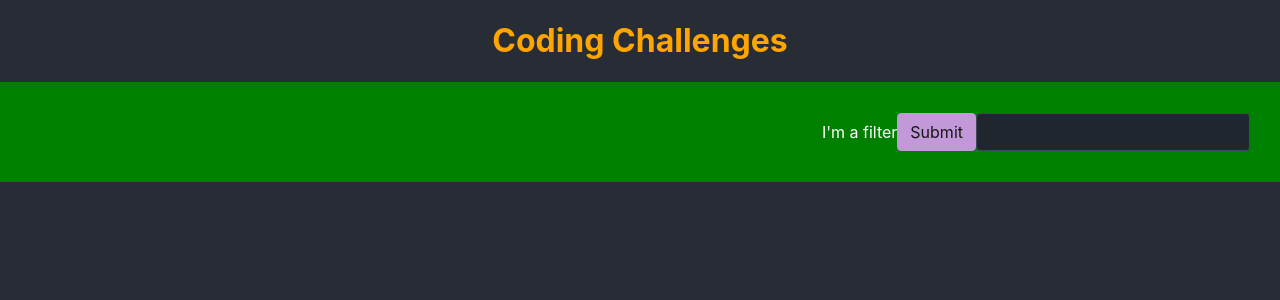
Repository: Valentina-Maraio/coding_challenges
Page: /
An editor plug-in stored every save of this project. The page is shown before and after the next save, followed by the edit.
The browser window is 1280 px wide. The pictures show the whole page.
The project was rebuilt for these pictures with package versions that can differ from the ones it lists, and the page was loaded fresh each time.

Above is the page before, as saved 2024-07-05 12:05:46.

### src/index.js
import React from 'react';
import ReactDOM from 'react-dom/client';
import './index.css';
import App from './App';
import reportWebVitals from './reportWebVitals';
import { PrimeReactProvider } from 'primereact/api';
import 'primeicons/primeicons.css';



const root = ReactDOM.createRoot(document.getElementById('root'));
root.render(
  <React.StrictMode>
    <PrimeReactProvider>
      <App/>
    </PrimeReactProvider>
  </React.StrictMode>
);

// If you want to start measuring performance in your app, pass a function
// to log results (for example: reportWebVitals(console.log))
// or send to an analytics endpoint. Learn more: https://bit.ly/CRA-vitals
reportWebVitals();

### src/App.js
import React, { useState } from "react";
import "primereact/resources/themes/bootstrap4-dark-purple/theme.css";
import "./App.css";
import { InputText } from "primereact/inputtext";
import { Button }  from "primereact/button";

function App() {
  const [inputValue, setInputValue] = useState("");

  const handleChange = (event) => {
    setInputValue(event.target.value);
  };

  const handleSubmit = () => {
    alert(`Input Value: ${inputValue}`);
    setInputValue("")
  };
  return (
    <>
      <div className="container">
        <div className="app_title">
          <h1>Coding Challenges</h1>
        </div>
        <div className="filter_container">
          <p>I'm a filter</p>
          <Button onClick={handleSubmit} label="Submit"/>
          <InputText value={inputValue} onChange={handleChange} />
        </div>
      </div>
    </>
  );
}

export default App;

### src/App.css
body {
  background-color: #282c34;
}

.container {
  display: flex;
  justify-content: center;
  align-items: center;
  flex-direction: column;
}

.app_title {
  color: orange;
}

.filter_container {
  width: 100%;
  height: 100px;
  background-color: green;
  display: flex;
  justify-content: flex-end;
  align-items: center;
  padding-right: 30px;
}

Loaded but not shown: public/index.html (common file); src/index.css (common file); src/reportWebVitals.js (common file)

After the next save:
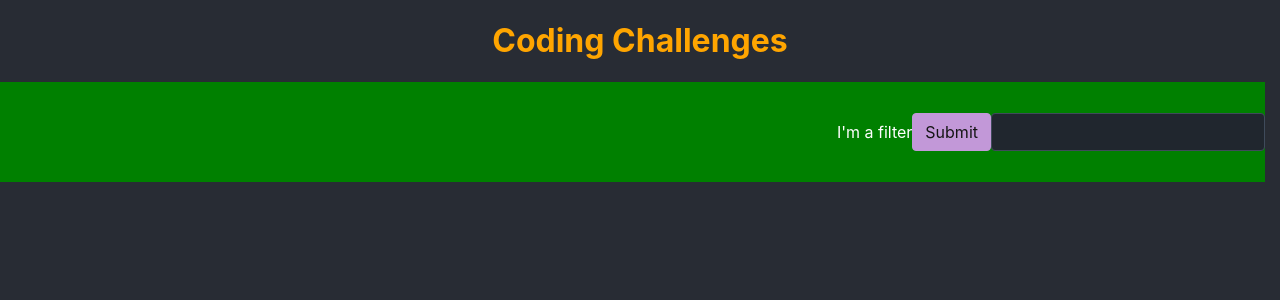
Saved 6 s later.
--- a/src/App.css
+++ b/src/App.css
@@ -20,5 +20,5 @@ body {
   display: flex;
   justify-content: flex-end;
   align-items: center;
-  padding-right: 30px;
+  margin-right: 30px;
 }
